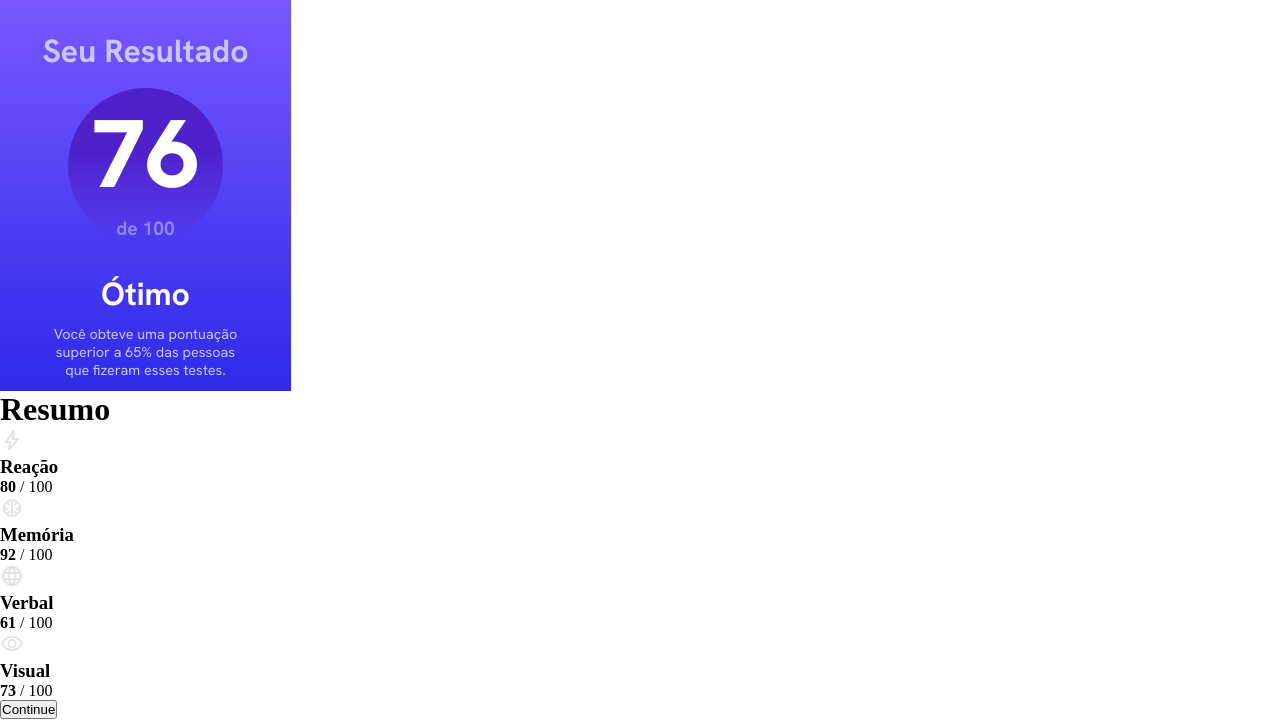
Repository: caique2512/resumo-de-resultados
Page: index.html
The author's editor kept a copy of each file at every save. The page is drawn from the files as they stood at one save, then again after a run of saves.
The browser window is 1280 px wide. The pictures show the whole page.

Above is the page before, as saved 2026-03-09 17:09:36.

### index.html
<!DOCTYPE html>
<html lang="pt-br">
<head>
    <meta charset="UTF-8">
    <meta name="viewport" content="width=device-width, initial-scale=1.0">
    <title>Resumo de Resultados</title>
    <link rel="stylesheet" href="src/css/estilos.css">
    <link rel="stylesheet" href="src/css/reset.css">
</head>
<body>
    <main class="conteudo">
        <div class="principal">
            <h1 class="titulo">Seu Resultado</h1>
            <div class="circulo">
                <h2>76</h2>
                <p>de 100</p>
            </div>
            <h2 class="resultado">Ótimo</h2>
            <p class="subtitle">Você obteve uma pontuação superior a 65% das pessoas que fizeram esses testes.</p>
        </div>
        <div>
            <h1 class="titulo1">Resumo</h1>
            <div class="classes">
                <div class="resumo1">
                    <img src="./src/images/raio.svg" alt="Raio">
                    <h3>Reação</h3>
                    <p><strong>80</strong> / 100</p>
                </div>
                <div class="resumo2">
                    <img src="./src/images/memoria.svg" alt="Memória">
                    <h3>Memória</h3>
                    <p><strong>92</strong> / 100</p>
                </div>
                <div class="resumo3">
                    <img src="./src/images/mensagem.svg" alt="Mensagem">
                    <h3>Verbal</h3>
                    <p><strong>61</strong> / 100</p>
                </div>
                <div class="resumo4">
                    <img src="./src/images/olho.svg" alt="olho">
                    <h3>Visual</h3>
                    <p><strong>73</strong> / 100</p>
                </div>
            </div>
            <button class="btn-resumo">Continue</button>
        </div>
    </main>
</body>
</html>

### src/css/estilos.css
@import url('https://fonts.googleapis.com/css2?family=Hanken+Grotesk:ital,wght@0,100..900;1,100..900&display=swap');


.principal {
    background: linear-gradient(hsl(252, 100%, 67%), hsl(241, 81%, 54%));
    width: 291px;
    height: 391px;
    display: flex;
    flex-direction: column;
    align-items: center;
}

.titulo {
    color: hsl(241, 100%, 89%);
    font-family: "Hanken Grotesk";
    margin-top: 30px;
    font-size: 2rem;
}

.circulo {
    background: linear-gradient(hsla(256, 72%, 46%, 1) 40%, hsla(241, 72%, 46%, 0));
    width: 155px;
    height: 155px;
    border-radius: 50%;
    display: flex;
    align-items: center;
    justify-content: center;
    flex-direction: column;
    margin-top: 1rem;
}

.circulo h2 {
    font-size: 6rem;
    font-family: "Hanken Grotesk";
    font-weight: 800;
    color: hsl(0, 0%, 100%);
}

.circulo p {
    color: hsla(241, 100%, 89%, 0.538);
    font-family: "Hanken Grotesk";
    font-weight: 700;
    font-size: 1.2rem;
}

.principal .resultado {
    color: white;
    font-family: "Hanken Grotesk";
    margin-top: 30px;
    font-size: 2rem;

}

.principal .subtitle {
    color: hsl(241, 100%, 89%);
    font-family: "Hanken Grotesk";
    width: 200px;
    display: flex;
    text-align: center;
    margin: 10px;
    font-size: 0.9rem;
}

### src/css/reset.css


* {
    margin: 0;
    padding: 0;
    box-sizing: border-box;
}

After the next 4 saves:
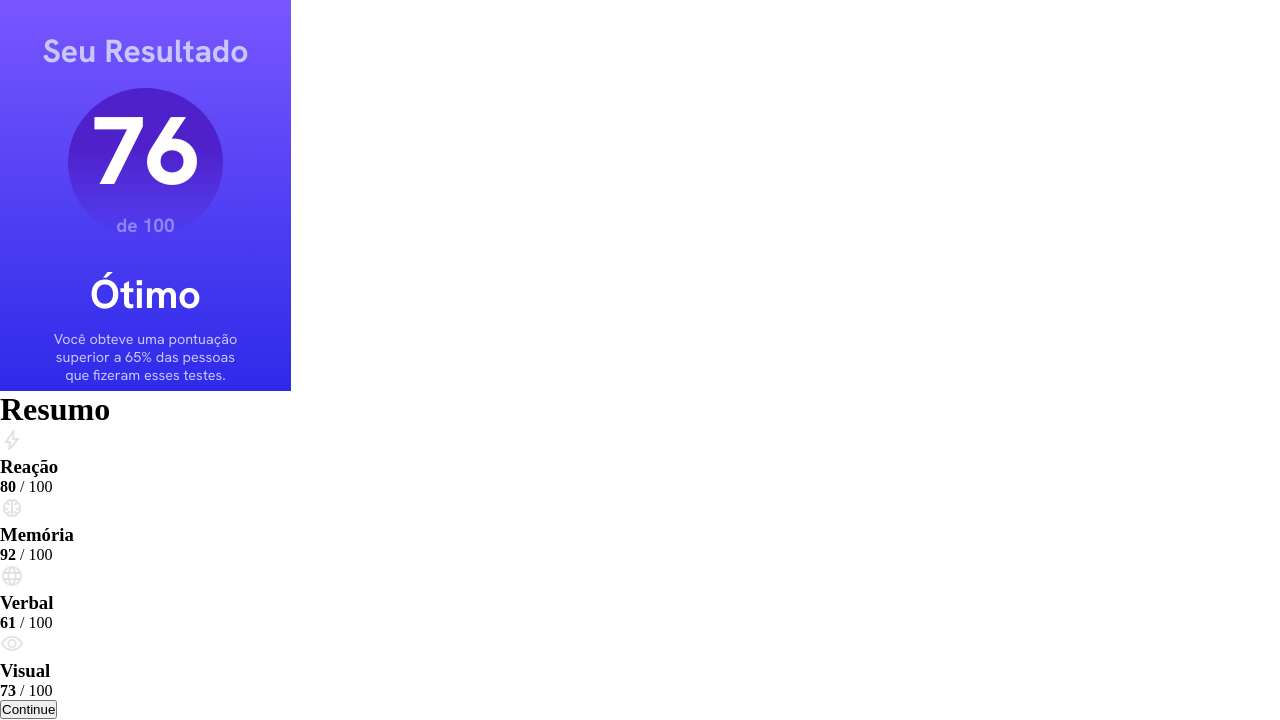
The 4 saves are shown as one change because they came seconds apart.
The last was saved 18 s later.
--- a/src/css/estilos.css
+++ b/src/css/estilos.css
@@ -47,7 +47,7 @@
     color: white;
     font-family: "Hanken Grotesk";
     margin-top: 30px;
-    font-size: 2rem;
+    font-size: 2.5rem;
 
 }
 
